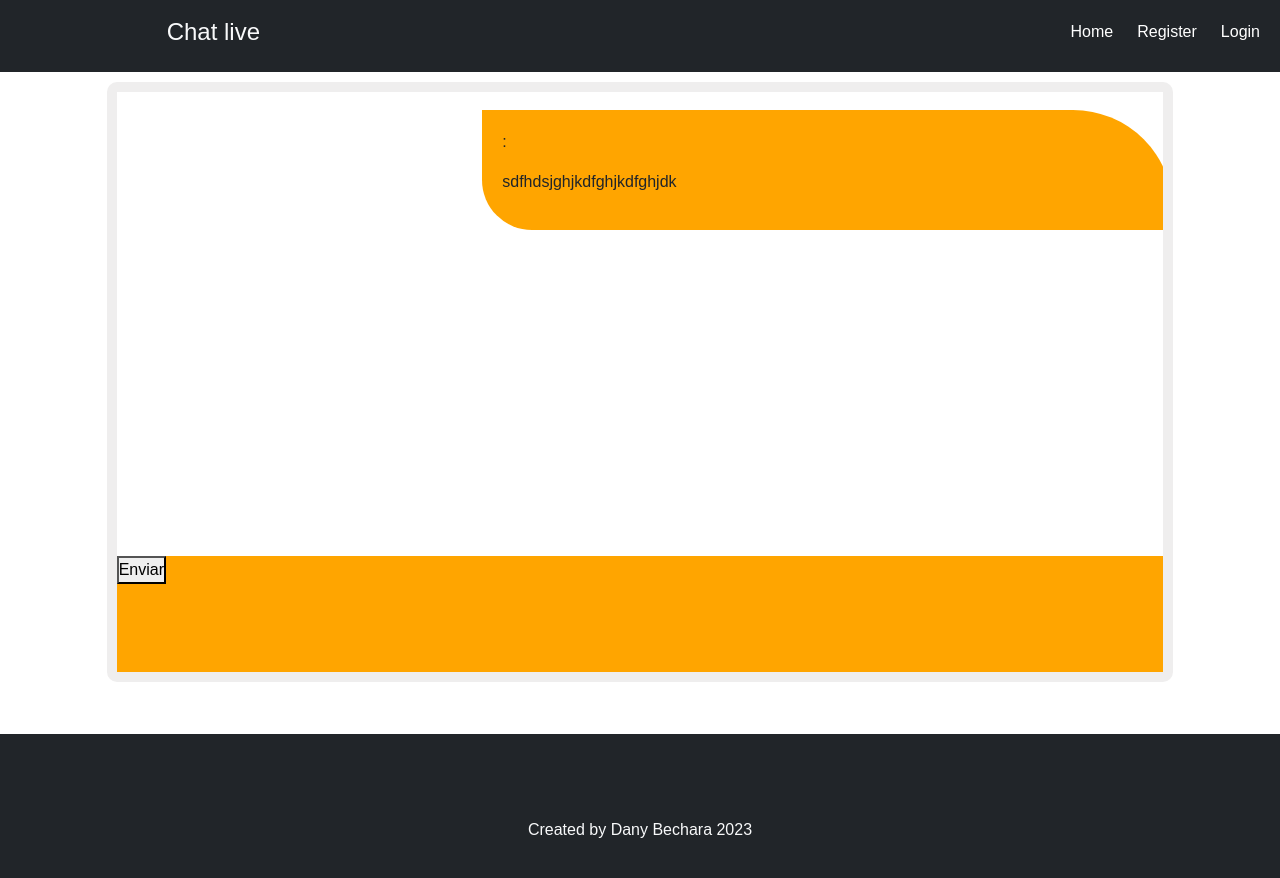
Repository: bechara611/chatv2
Page: /chat
The author's editor kept a copy of each file at every save. The page is drawn from the files as they stood at one save, then again after the next save.
The browser window is 1280 px wide. The pictures show the whole page.
The page's requests for data from a server got no answer. The project was rebuilt for these pictures with package versions that can differ from the ones it lists, and the page was loaded fresh each time. Some packages were replaced by stand-ins written for this rebuild. No one was signed in, and anything a server would have sent is missing. Also part of the build but not shown: src/hooks/useForm.jsx, src/api/Instance.jsx, src/auth/hooks/useAuth.jsx, src/auth/components/login.jsx, src/auth/components/register.jsx, src/ui/components/Home.jsx, src/App.css.

Above is the page before, as saved 2023-03-15 17:38:44.

### src/index.js
import React from 'react';
import ReactDOM from 'react-dom/client';
import './index.css';
import { App2 } from './App';
import { BrowserRouter } from 'react-router-dom';
import 'bootstrap/dist/css/bootstrap.min.css'
import 'bootstrap/dist/js/bootstrap.bundle.js'
import 'animate.css'
import { Provider } from 'react-redux';
import { store } from './store/Store';
const root = ReactDOM.createRoot(document.getElementById('root'));
root.render(
  <Provider store={store}>
    <BrowserRouter>
      <App2 />
    </BrowserRouter>
  </Provider>
);

### src/index.css
*{
  font-family: 'Poppins',sans-serif;
}

### src/App.js
import React from 'react'
import { Rutas } from './Router/Routes';
import { Header } from './ui/components/Header';
import './App.css'
import { Footer } from './ui/components/Footer';
import { Caparazon } from './ui/components/Caparazon';
import { ContenedorPrincipal } from './ui/components/ContenedorPrincipal';

export const App2 = () => {
  return (
    <>
      <Caparazon>
        <Header></Header>
        <ContenedorPrincipal> {/*El contenedor principal a su vez lleva sus hijos dos elementos, el footer que le pusimos absolute para ubicarlo de ultimo y el MainCuerpo que tienes las rutas */}
          <Rutas></Rutas>{/*Este MainCuerpo tiene las rutas de la aplicacion, es el main de la pagina y lo que va a cambiar dependiendo donde estemos */}
          <div className='mb-5 pb-5'></div>

          <Footer></Footer>  {/*Este es el footer que utilizamos para el pie de pagina, tiene posicion absolute como dije anteriormnete */}
        </ContenedorPrincipal>


      </Caparazon>
    </>
  )
}

### src/store/Store.js
import { configureStore } from "@reduxjs/toolkit";
import { AuthSlice } from "../auth/slices/authSlice";
import chatSlice from "../chat/slices/chatSlice";


export const store = configureStore({
    reducer:{
        auth:AuthSlice.reducer,
        chatSlice:chatSlice.reducer
    },
    middleware:(middleware)=>{
        return middleware({
            serializableCheck:false,
        })
    }

})

### src/Router/Routes.jsx
import React from 'react'
import { Navigate, Route, Routes } from 'react-router-dom'
import { Login } from '../auth/components/login'
import { Register } from '../auth/components/register'
import { Chat } from '../chat/components/Chat'
import { Home } from '../ui/components/Home'

export const Rutas = () => {

    return (

        <Routes>
            <Route path='/' element={<Home></Home>}></Route>
            <Route path='/login' element={<Login></Login>}></Route>
            <Route path='/register' element={<Register></Register>}></Route>
            <Route path='/chat' element={<Chat></Chat>}></Route>
            <Route path='/*' element={<Navigate to={'/'}></Navigate>}></Route>
        </Routes>

    )
}

### src/ui/components/Header.jsx
import React, { useEffect } from 'react'
import { useDispatch, useSelector } from 'react-redux';
import { NavLink, useNavigate } from 'react-router-dom'
import { logout } from '../../auth/slices/authSlice';
import './Header.css'
export const Header = () => {
  const navegar= useNavigate()
  const authState = useSelector((state)=>state.auth);
  const dispatch = useDispatch();
  useEffect(() => {


    return () => {

    }
  }, [])

  return (
    <>

      <div className=" bg-dark contenedor-header col-12">
        <div className="titulo-header col-sm-4 col-12">
          <h4 className='text-light'>Chat live</h4>

        </div>
        <div className="col-sm-8 col-12  contenedor-menu">
          <nav className=' m-2 nav'>

            <NavLink className={ ({isActive}) => `item-menu  ${ isActive ? 'activeLink':'' }` } to={'/'} >Home</NavLink>
            {
              authState.token && authState.name && authState.email ?
              <NavLink className={ ({isActive}) => `item-menu  ${ isActive ? 'activeLink':'' }` } to={'/chat'} >Chat</NavLink>
              :<></>
            }

            <NavLink className={ ({isActive}) => `item-menu  ${ isActive ? 'activeLink':'' }` } to={'/register'} >Register</NavLink>
            {authState.token && authState.name && authState.email ?
              <NavLink className={ ({isActive}) => `item-menu  }` } to={'/login'} onClick={()=>{
                localStorage.removeItem('email')
                localStorage.removeItem('token')
                localStorage.removeItem('name')

                navegar('/login')
                dispatch(logout())
              }} >Logout</NavLink>
              :
              <NavLink className={ ({isActive}) => `item-menu  ${ isActive ? 'activeLink':'' }` } to={'/login'} >Login</NavLink>
            }

            </nav>
        </div>




      </div>
    </>

  )
}

### src/ui/components/Footer.jsx
import React from 'react'
import './Footer.css'


let linkdn="https://linkedin.com/in/DanyBechara";
let correo="mailto:bechara611@gmail.com";
let blank='_blank';
let github='https://github.com/bechara611';
let whatssap='https://wa.me/584120361952';

export const Footer = () => {
  return (
    <>

      {/*Aca este footer le estamos colocando una posicion absolute y a su padre relativa para poder ubicarlo al final de su div padre */}
      <div className="footer  col-12  mt-2 bg-dark">
      <a href={linkdn} target={blank} className='animate__animated animate__lightSpeedInLeft'><i className=" linkdin fa-brands fa-linkedin iconoRedes"></i></a>
      <a href={whatssap} target={blank}  className='animate__animated animate__lightSpeedInLeft'><i className="whatssap fa-brands fa-whatsapp iconoRedes"></i></a>
      <a href={correo} target={blank}  className='animate__animated animate__lightSpeedInLeft'><i className="gmail fa-solid  fa-envelope iconoRedes"></i></a>
      <a href={github} target={blank}  className='  animate__animated animate__lightSpeedInLeft'><i className=" github fa-brands fa-github iconoRedes"></i></a>

     <div className="col-12 contenedor-mensaje-footer mt-1">
     <div className="col-12 contenedor-mensaje-footer">
     <p className='mensaje text-light'>Created by Dany Bechara {new Date().getFullYear().toString()}</p>
     </div>

     </div>
      </div>
    </>

  )
}

### src/ui/components/Caparazon.jsx
import React from 'react'
import './Caparazon.css'
export const Caparazon = ({ children }) => {
    return (
        <>
{/*Caparazon princiapal donde el mismo tiene un flex en colum, adentro tiene sus hijos que son un div que
ocupe el 70vh donde eesta todo lo demas y el 30vh primero es del header */}
            <div className='caparazonPrincipal '>

                {children}

            </div>
        </>
    )
}

### src/ui/components/ContenedorPrincipal.jsx
import React from 'react'
import './ContenedorPrincipal.css'
export const ContenedorPrincipal = ({ children }) => {
  return (
    <div className='ContenedorPrincipal'>
    {/*Aca de hijos tendran las rutas para verse en el medio y el footer, este tiene un position relative para que su hijo footer pueda
  ubicarse en la parte de abajo */}
      {children}
    </div>
  )
}

### src/auth/slices/authSlice.js
import { createSlice } from "@reduxjs/toolkit";


export const AuthSlice = createSlice({
    name: 'auth',
    initialState: {
        name: localStorage.getItem('name') || null,
        email: localStorage.getItem('email') || null,
        token: localStorage.getItem('token') || null
    },
    reducers: {
        login: (state, { payload }) => {
            state.name=payload.name;
            state.email=payload.email;
            state.token=payload.token

        },
        logout:(state,{payload})=>{
            state.name=null;
            state.email=null;
            state.token=null;
        },
    }
})

export const {mostrar,logout,login} = AuthSlice.actions;

### src/chat/slices/chatSlice.js
import { createSlice } from "@reduxjs/toolkit";

const initialState={
    mensajes:[{name:'',mensaje:'',fecha:'',email:''}],
    conectados:[],
}

const chatSlice = createSlice({
    name:'chatSlice',
    initialState,
    reducers:{
        pushConectadosSlice :(state,{payload})=>{
            state.conectados=payload
        },
        pushMensajesSlice:(state,{payload})=>{
            state.mensajes=payload
        },
    }
})

export default chatSlice
export const {pushConectadosSlice,pushMensajesSlice} = chatSlice.actions

### src/chat/components/Chat.jsx

import { io } from "socket.io-client";
import React, { useEffect, useRef, useState } from 'react'
import './chat.css'
import { getUnixTime } from "date-fns";
import { useDispatch, useSelector } from "react-redux";
import { pushConectadosSlice, pushMensajesSlice } from "../slices/chatSlice";
import { Mensaje } from "./Mensaje";

const socket = io(process.env.REACT_APP_BACKEND, { //ruta del backend
    'extraHeaders': {
        'token': localStorage.getItem('token'),
        'email': localStorage.getItem('email'),
        'nombre': localStorage.getItem('name'),
    }
})
export const Chat = () => {


    const mensajesEstado = useSelector(state => state.chatSlice)
    const dispatch = useDispatch();

    useEffect(() => {

        socket.on('connect', () => { })
        socket.on('NuevoIntegrante', (payload) => {
            //TODO aca debes colocarle al slice y al estado los nuevos integrantes
            dispatch(pushConectadosSlice(payload))
            console.log(payload)
        })
        //?recibir mensajes
        socket.on('recibirTodosMensajes', (payload) => {
            //TODO colocar en el slice los mensajes
            dispatch(pushMensajesSlice(payload))
            console.log(payload)
        })
    }, [])





    //?metodo para enviar mensajes

    const EnviarMensajes = () => {
        let mensaje = {
            name: localStorage.getItem('name'),
            mensaje: 'Mensaje nuevo ',//TODO ponle el estado de mensaje
            fecha: getUnixTime(new Date()),
            email: 'bechara612@gmail.com'
        }
        socket.emit('recibiMensaje', mensaje)

    }



    //TODO FIN SOCKET

    const referenciaDiv = useRef();
    const referenciaDiv2 = useRef();
    useEffect(() => {

        referenciaDiv2.current.scrollTop = referenciaDiv2.current.scrollHeight;
    }, [])
    useEffect(() => {


        referenciaDiv2.current.scrollTop = referenciaDiv2.current.scrollHeight;
    }, [mensajesEstado])

    return (
        <>
            <div className="col-12 chat2 " ref={referenciaDiv}>
                <div className="col-10 hijoChat">
                    <div className="col-12 parteMensajes" ref={referenciaDiv2} >
                        {
                            mensajesEstado.mensajes.map((mensaje, index) => {
                                return <Mensaje mensaje={mensaje}></Mensaje>
                            })
                        }
                    </div>
                    <div className="col-12 parteInputs">
                    <button onClick={() => { EnviarMensajes() }}>Enviar</button>
                    </div>
                </div>
            </div>


        </>

    )
}

### src/ui/components/Header.css
.contenedor-header{
    display: flex;
    flex-direction: row;
    flex-wrap: wrap;
    min-height: 10vh;
}
.titulo-header{
    text-align: center;
    padding: 5px;
    display: flex;
    flex-direction: row;
    justify-content: center;
    align-items: center;
    align-self: center;
}
.contenedor-menu{
    display: flex;
    flex-direction: row;
    flex-wrap: nowrap;
    justify-content: flex-end;

}
.item-menu{
   margin: 5px;
   text-decoration: none;
   color: white;
  transition: all 1s ease;
   padding: 7px;
   border-radius: 20px;
}
.activeLink{
    background: rgb(40, 139, 196);
}
.item-menu:hover{
    text-decoration: none;
    background: rgb(40, 139, 196);
    color: white;
}

@media(max-width:577px){
.contenedor-menu{
        justify-content: center;
        text-align: center;
        align-self: center;
        align-items: center;
        flex-wrap: nowrap;
    }
    .nav{
        justify-content: center;
        text-align: center;
        align-self: center;
        align-items: center;
        flex-wrap: nowrap;
    }
    .item-menu{
    padding: 0px;
    }
}

### src/ui/components/Footer.css


.footer {

    background: rgb(209, 102, 102,.1);
    position: absolute;
    bottom: 0%;
    display: flex;
    flex-direction: row;
    justify-content: center;
    text-align: center;
    align-items: center;
    justify-items: center;
    flex-wrap: wrap;

}


.iconoRedes {
    font-size: 40px;
    padding-left: 10px;
    margin: 5px;

}

.github:hover {
    color: #4b3074;

}
.github{
    color: #6e5494;
}

.whatssap:hover {
    color: #0c903c;
}
.whatssap{
    color: #25d366;

}

.gmail:hover {
    color: #e65f5f;
}

.gmail{
    color: #cc0000;
}

.linkdin:hover {
    color: #0780ac;
}

.linkdin{
    color: #0377a1;
}

.contenedor-mensaje-footer {
    display: flex;
    flex-direction: row;
    justify-content: center;
    text-align: center;
    align-items: center;
    justify-items: center;
}

/*?RESPONSIVE*/

@media(max-width:255px) {
    .iconoRedes {
        font-size: 30px;
        padding-left: 5px;
    }

    .mensaje {
        font-size: 10px;
    }
}

### src/ui/components/Caparazon.css
/*Estilos del caparazon como tal principal*/
    /*Aca colocamos que el caparazonPrincipal ocupa toda la pantalla, y una direccion en column para que el header sea de 30vh y el resto el otro div  */
.caparazonPrincipal{
    display: flex;
    flex-direction: column;
    justify-content: space-between;
    min-height: 100vh;
  overflow-x: hidden;
  overflow-y: visible;
}

### src/ui/components/ContenedorPrincipal.css
/*Aca al contenedor ponemos positionRelative para que el footer pueda tener una posicion absoluta y se pueda posicionar al final*/
.ContenedorPrincipal{
    min-height: 90vh;

    position: relative;
}

### src/auth/components/login.css
*,
*:before,
*:after{
    padding: 0;
    margin: 0;
    box-sizing: border-box;
}

.social{
  display: flex;
  flex-direction: row;
  justify-content: center;
}
.contenedor-loginRegistro{

  margin-top: 5px;
  display: flex;
  flex-direction: row;
  justify-content: center;
  align-items: center;
}

  .formularioLoginRegister{

    background-color: rgb(29, 29, 29,.6);
    top: 50%;
    left: 50%;
    border-radius: 10px;
    backdrop-filter: blur(10px);
    border: 2px solid rgba(255,255,255,0.1);
    box-shadow: 0 0 10px rgba(142, 201, 228, 1);
    padding: 10px 15px;
}
.formularioLoginRegister *{

    color: #ffffff;
    letter-spacing: 0.5px;
    outline: none;
    border: none;
}
.formularioLoginRegister h3{
    font-size: 32px;
    font-weight: 500;
    line-height: 42px;
    text-align: center;
}

.labelLoginRegister{
    display: block;
    margin-top: 30px;
    font-size: 16px;
    font-weight: 500;
}
.inputLoginRegister{
    display: block;
    height: 45px;
    width: 100%;
    background-color: rgba(255,255,255,0.07);
    border-radius: 3px;
    padding: 0 5px;
    margin-top: 8px;
    font-size: 14px;
    font-weight: 300;

}
::placeholder{
    color: #e5e5e5;
}
.btnLoginRegister{
    margin-top: 50px;
    width: 100%;
    background-color: #ffffff;
    color: #080710;
    padding: 5px 0;
    font-size: 18px;
    font-weight: 600;
    border-radius: 5px;
    cursor: pointer;

}
.btnLoginRegister:hover{
  background: #94b1dd;;
}
.social{
  margin-top: 30px;
  display: flex;
  cursor: pointer;
}
.social div{
  background: red;
  width: 150px;
  border-radius: 3px;
  padding: 5px 10px 10px 5px;
  background-color: rgba(55, 135, 184, 0.67);
  color: #eaf0fb;
  text-align: center;
  cursor: pointer;
}
.social div:hover{
  background-color: rgba(255,255,255,0.47);
}
.social .fb{
  margin-left: 25px;
}
.social i{
  margin-right: 4px;
}

### src/chat/components/chat.css
.chat {
    background: red;
    width: 100vw;
    height: 300px;
    overflow: scroll;
    margin-top: 1000px;

}

.chat2 {

    width: 100vw;
    height: 600px;
    overflow: auto;
    margin-top: 10px;
    margin-bottom: 10px;
    justify-content: center;
    display: flex;
    margin-bottom: 100px;
}

.hijoChat {
border: 10px solid rgb(173, 171, 171,.2);
border-radius: 10px;
    height: 600px;
    display: flex;
    flex-wrap: wrap;
    overflow-x: hidden;
}

.parteMensajes{
overflow-y: hidden;
height:80%;
overflow: auto;

overflow-x: hidden;

}
.parteInputs{
    height: 20%;
background: orange;
}

### src/chat/components/Mensaje.jsx
import React from 'react'
import './Mensaje.css'
export const Mensaje = ({ mensaje, background }) => {
    // border-bottom-right-radius: 100px;
    // border-top-right-radius: 100px;
    // border-bottom-left-radius: 50px;
    return (
        <>
            <div className="col-12 contenedorMensajeInidividual" style={
                { justifyContent: mensaje.email === localStorage.getItem('email') ? 'flex-start' : 'flex-end'

            }

            } >
                <div className="mensaje col-8 " style={{
                    background: mensaje.email === localStorage.getItem('email') ? 'yellow' : 'orange',
                    borderBottomRightRadius: mensaje.email === localStorage.getItem('email') ? '100px' : '10px',
                    borderTopRightRadius: mensaje.email === localStorage.getItem('email') ? '0px' : '100px',
                }}>
                    <div className=" col-12">

                        <p>{mensaje.name}:</p>
                        <p>{mensaje.mensaje}sdfhdsjghjkdfghjkdfghjdk</p>
                    </div>
                </div>
            </div>

        </>
    )
}

### src/chat/components/Mensaje.css
.contenedorMensajeInidividual {
    display: flex;
    overflow-y: hidden;
    overflow-y: hidden;
    justify-content: flex-start;
    flex-direction: row;
    padding-left: 10px;
    padding-top: 8px;
    padding-bottom: 2px;
    margin: 10px;
}

.mensaje {

    text-align: justify;
    padding: 20px;
    border-bottom-right-radius: 100px;
    border-top-right-radius: 10px;
    border-bottom-left-radius: 50px;
    align-self: flex-end;
    align-items: flex-end;

}

After the next save:
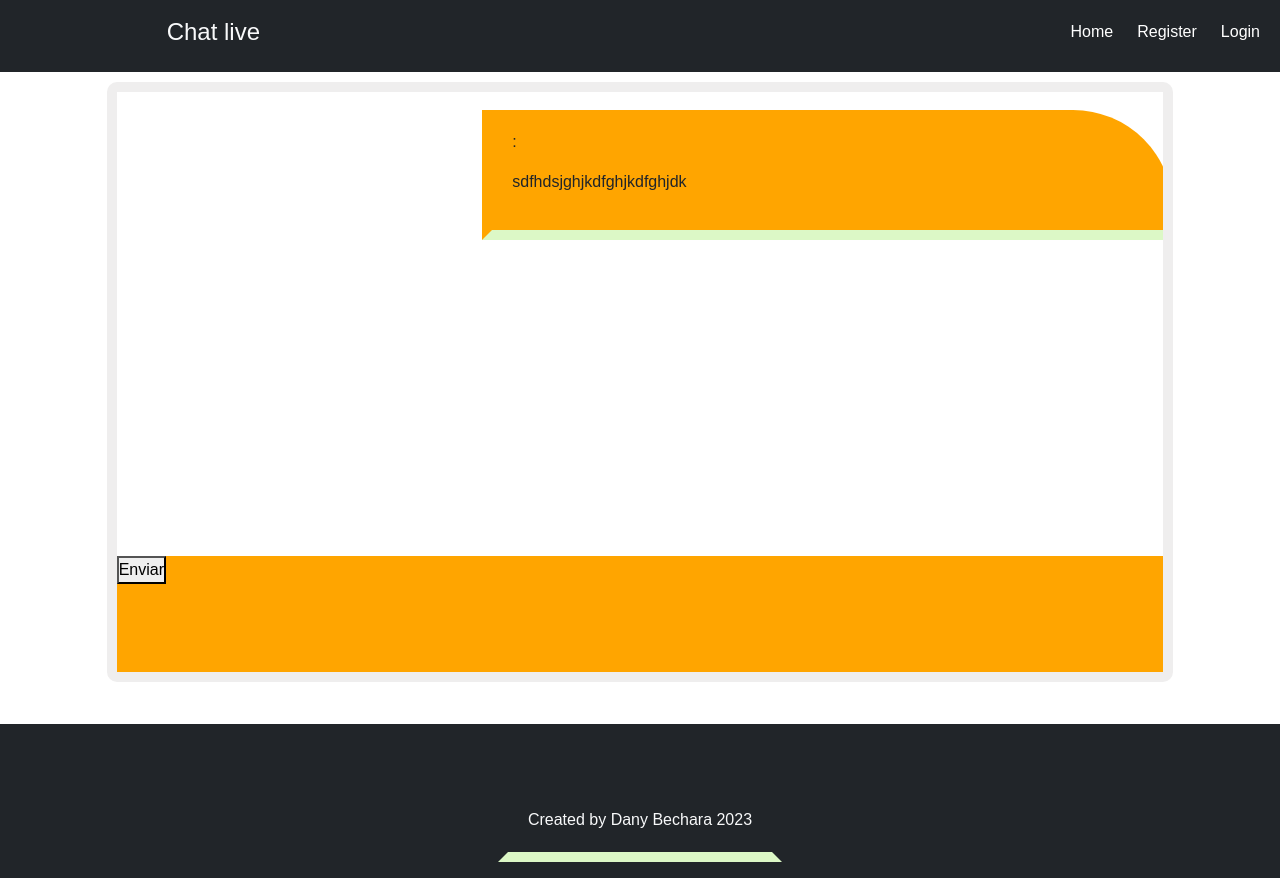
Saved 3 min 12 s later.
--- a/src/chat/components/Mensaje.css
+++ b/src/chat/components/Mensaje.css
@@ -11,12 +11,12 @@
 }
 
 .mensaje {
-
+    border-style: solid;
+    border-width: 0 10px 10px 10px;
+    border-color: transparent transparent #dcf8c6 transparent;
     text-align: justify;
     padding: 20px;
-    border-bottom-right-radius: 100px;
-    border-top-right-radius: 10px;
-    border-bottom-left-radius: 50px;
+
     align-self: flex-end;
     align-items: flex-end;
 
